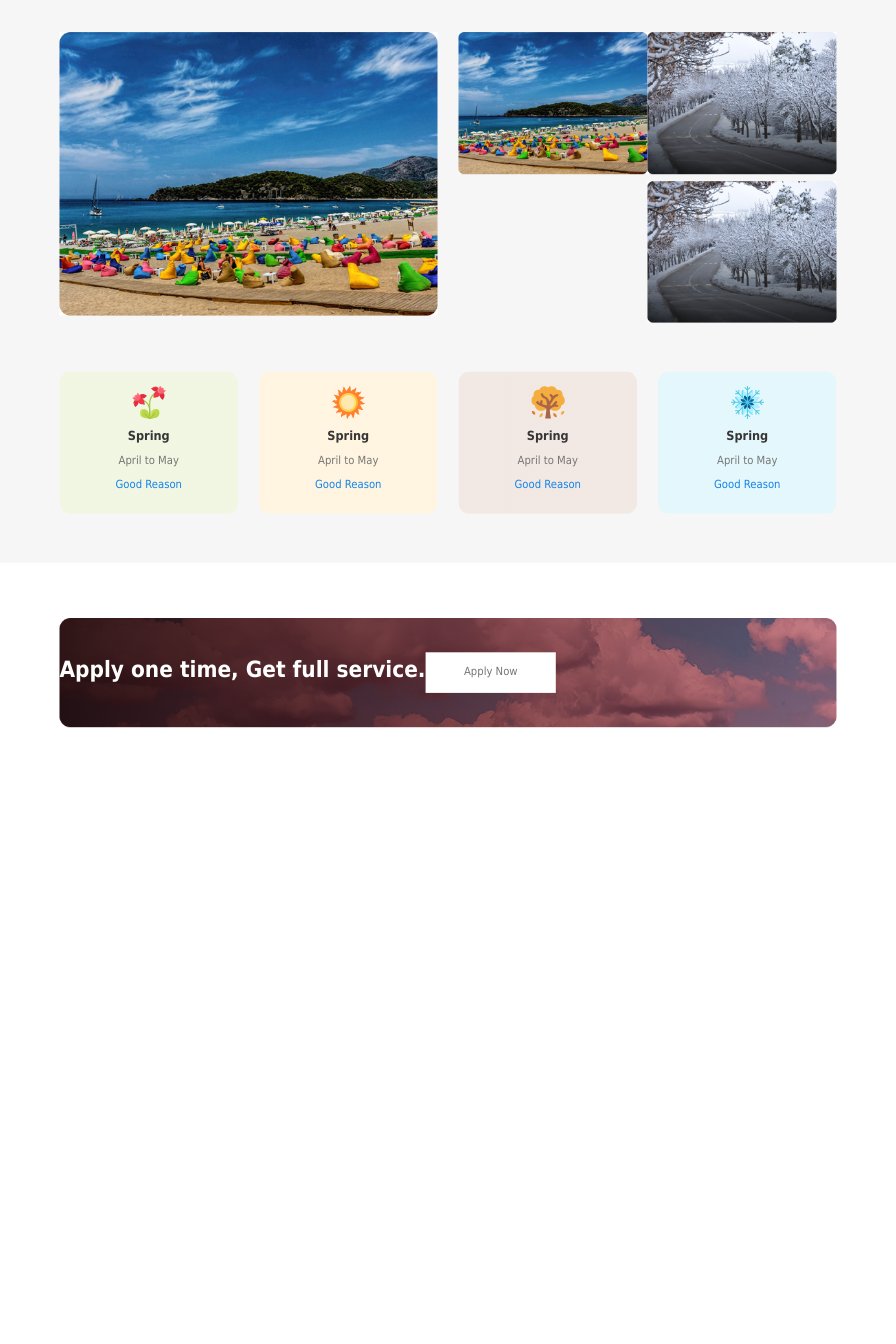
Repository: cvminhquan/turkey
Page: index.html
An editor plug-in stored every save of this project. The page is shown before and after the next save, followed by the edit.
The browser window is 1280 px wide. The pictures show the part of the page from y = 3007 to 4927 px (the page is 30000 px tall), at 70% of full size.
The style sheet was rebuilt from its Sass, Less or Tailwind sources for each picture, by a compiler version that may differ from the author's.

Above is the page before, as saved 2022-09-15 23:04:06.

After the next save:
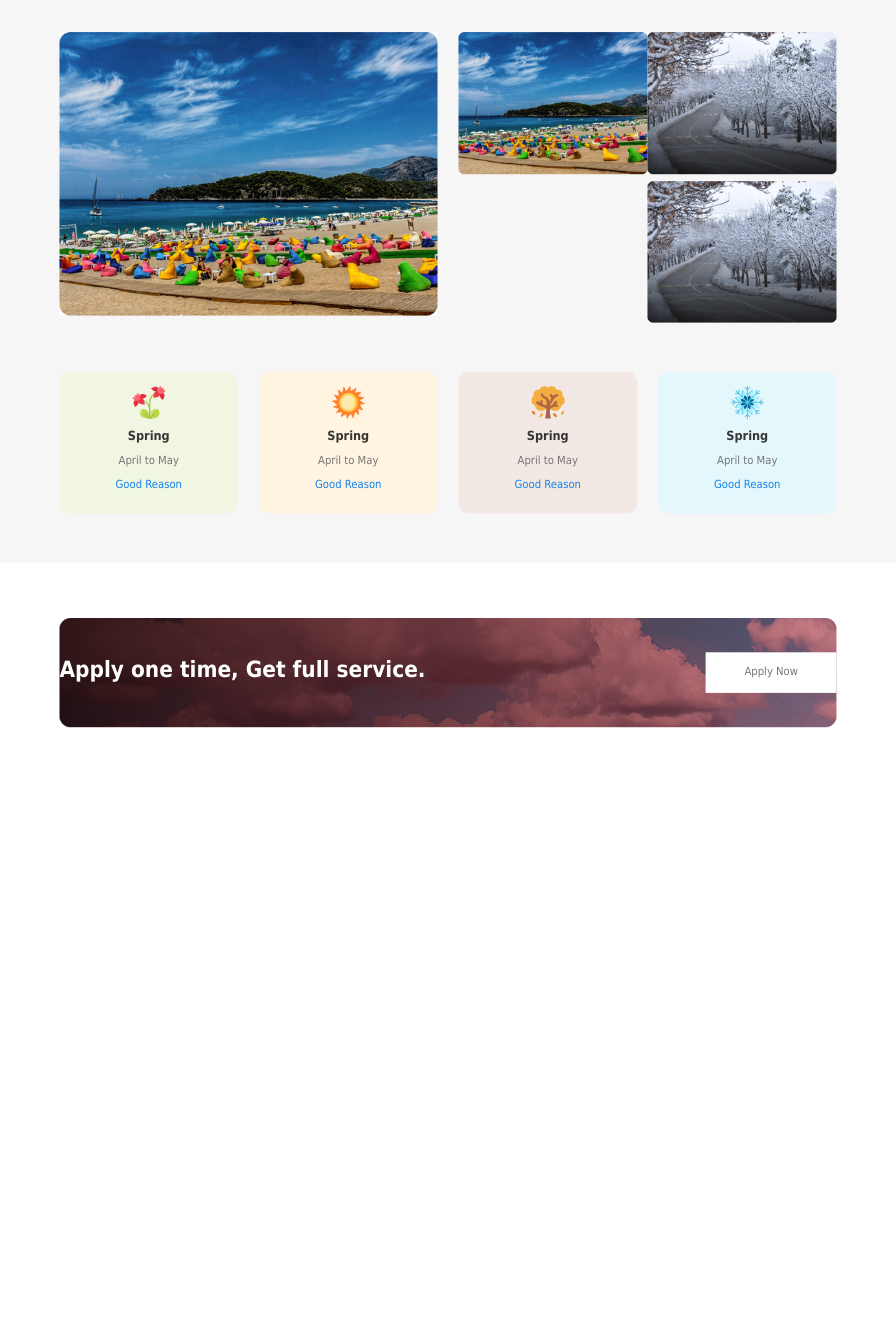
Saved 31 s later.
--- a/index.html
+++ b/index.html
@@ -244,7 +244,7 @@
         <section id="whychooseus" class="whychooseus">
             <div>
                 <div class="container">
-                    <div class="ad-infor d-flex">
+                    <div class="ad-infor d-flex justify-content-between">
                         <p class="text-center ad-infor-title">Apply one time, Get full service.</p>
                         <a href="" class="apply">Apply Now</a>
                     </div>
